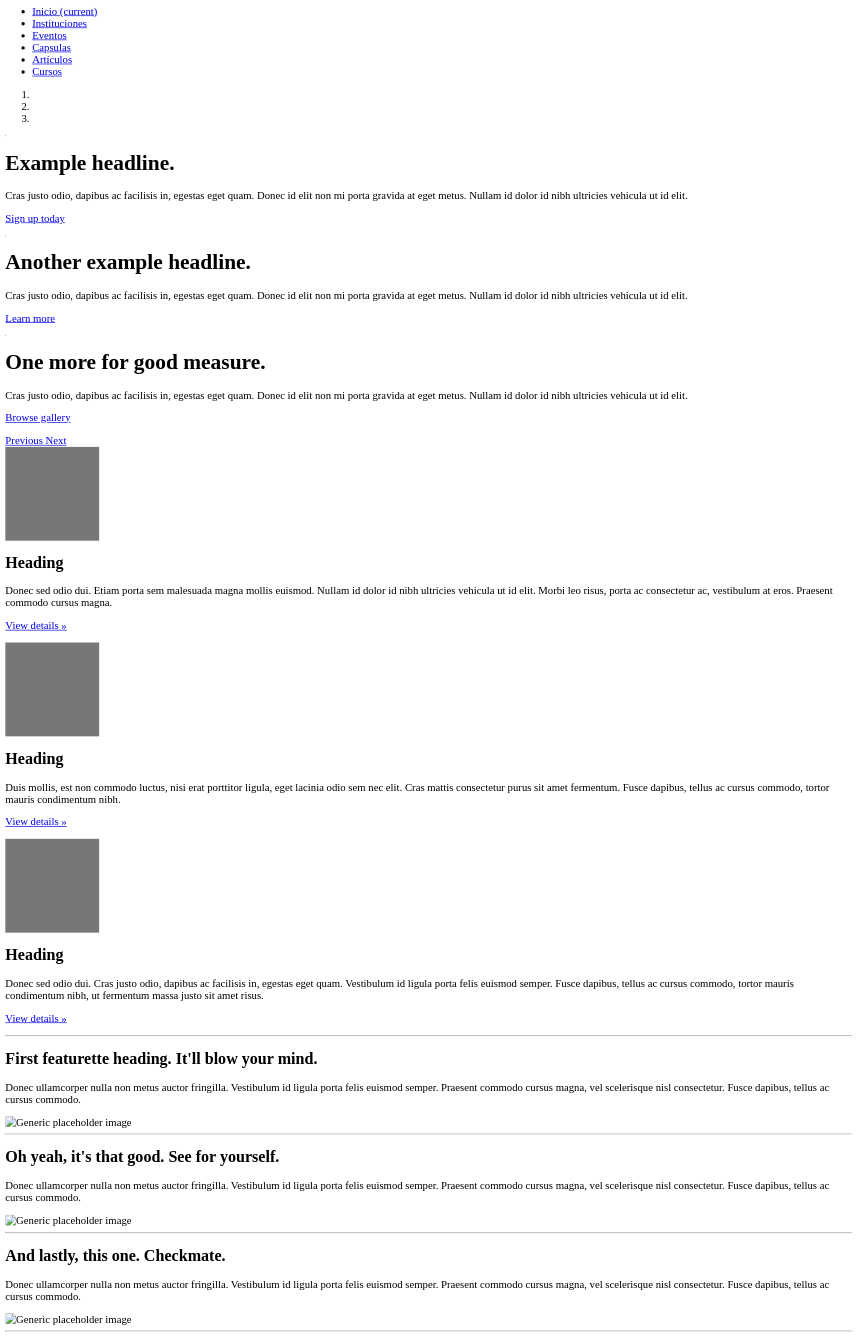
Repository: Gimape07/BDGrupal
Page: webpage/_instituciones.html
The author's editor kept a record of every edit. The page is drawn from the files as they stood at one moment, then again after the next edit.
The browser window is 1280 px wide. The pictures show the whole page, at 67% of full size.

Above is the page before.

After the next edit:
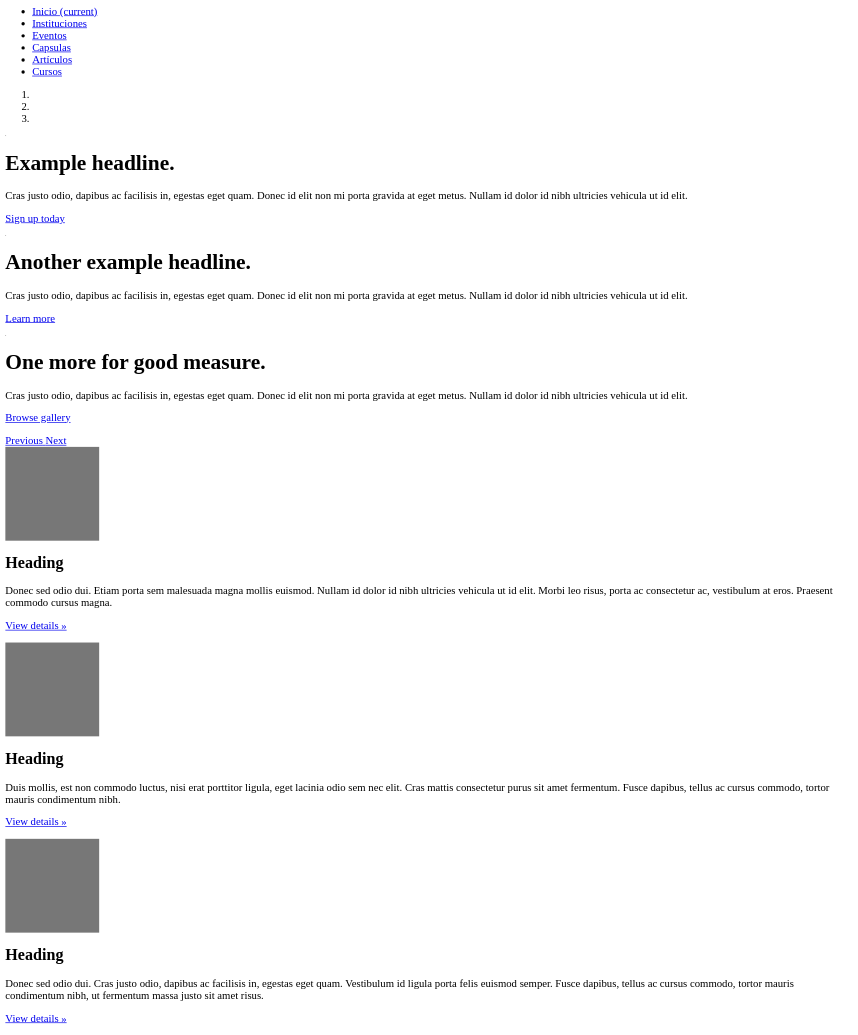
The edit:
--- a/webpage/_instituciones.html
+++ b/webpage/_instituciones.html
@@ -242,91 +242,4 @@
         </div><!-- /.row -->
 
 
-
-
-
-        <!-- START THE FEATURETTES -->
-
-
-
-        <hr class="featurette-divider">
-
-
-
-        <div class="row featurette">
-
-          <div class="col-md-7">
-
-            <h2 class="featurette-heading">First featurette heading. <span class="text-muted">It'll blow your mind.</span></h2>
-
-            <p class="lead">Donec ullamcorper nulla non metus auctor fringilla. Vestibulum id ligula porta felis euismod semper. Praesent commodo cursus magna, vel scelerisque nisl consectetur. Fusce dapibus, tellus ac cursus commodo.</p>
-
-          </div>
-
-          <div class="col-md-5">
-
-            <img class="featurette-image img-fluid mx-auto" data-src="holder.js/500x500/auto" alt="Generic placeholder image">
-
-          </div>
-
-        </div>
-
-
-
-        <hr class="featurette-divider">
-
-
-
-        <div class="row featurette">
-
-          <div class="col-md-7 order-md-2">
-
-            <h2 class="featurette-heading">Oh yeah, it's that good. <span class="text-muted">See for yourself.</span></h2>
-
-            <p class="lead">Donec ullamcorper nulla non metus auctor fringilla. Vestibulum id ligula porta felis euismod semper. Praesent commodo cursus magna, vel scelerisque nisl consectetur. Fusce dapibus, tellus ac cursus commodo.</p>
-
-          </div>
-
-          <div class="col-md-5 order-md-1">
-
-            <img class="featurette-image img-fluid mx-auto" data-src="holder.js/500x500/auto" alt="Generic placeholder image">
-
-          </div>
-
-        </div>
-
-
-
-        <hr class="featurette-divider">
-
-
-
-        <div class="row featurette">
-
-          <div class="col-md-7">
-
-            <h2 class="featurette-heading">And lastly, this one. <span class="text-muted">Checkmate.</span></h2>
-
-            <p class="lead">Donec ullamcorper nulla non metus auctor fringilla. Vestibulum id ligula porta felis euismod semper. Praesent commodo cursus magna, vel scelerisque nisl consectetur. Fusce dapibus, tellus ac cursus commodo.</p>
-
-          </div>
-
-          <div class="col-md-5">
-
-            <img class="featurette-image img-fluid mx-auto" data-src="holder.js/500x500/auto" alt="Generic placeholder image">
-
-          </div>
-
-        </div>
-
-
-
-        <hr class="featurette-divider">
-
-
-
-        <!-- /END THE FEATURETTES -->
-
-
-
       </div><!-- /.container -->
